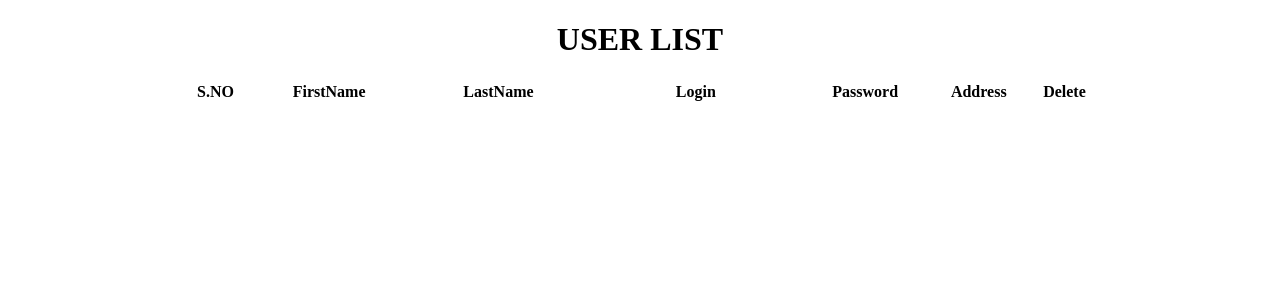
Repository: jatinragh42/Project_3_module
Page: http://localhost/p3/UserListView.jsp
These files come from the project's save history. The page is drawn as it stood at one moment and after the next save; the edit follows.
The browser window is 1280 px wide. The pictures show the whole page.
The page is served by Tomcat 9. Other server files are loaded and not shown.

Above is the page before, as saved 2023-11-29 10:01:19.

### Project_3_module_practice/p3/src/main/webapp/UserListView.jsp
<%@ page language="java" contentType="text/html; charset=ISO-8859-1"
	pageEncoding="ISO-8859-1"%>
<!DOCTYPE html>
<html>
<head>
<meta charset="ISO-8859-1">
<title>Insert title here</title>
</head>
<body>
	<form action="UserListCtl">
		<h1 align="center">USER LIST</h1>

		<div align="center"  "margin-bottom: 20px" class="table-responsive">
			<table class="table table-bordered">
				<thead>
					<tr style="background-color: sky-blue;">
						<th width="5%" class="text">S.NO</th>
						<th width="15%" class="text">FirstName</th>
						<th width="15%" class="text">LastName</th>
						<th width="20%" class="text">Login</th>
						<th width="10%" class="text">Password</th>
						<th width="10%" class="text">Address</th>
						<th width="5%" class="text">Delete</th>
					</tr>
			</table>


		</div>

	</form>
</body>
</html>

After the next save:
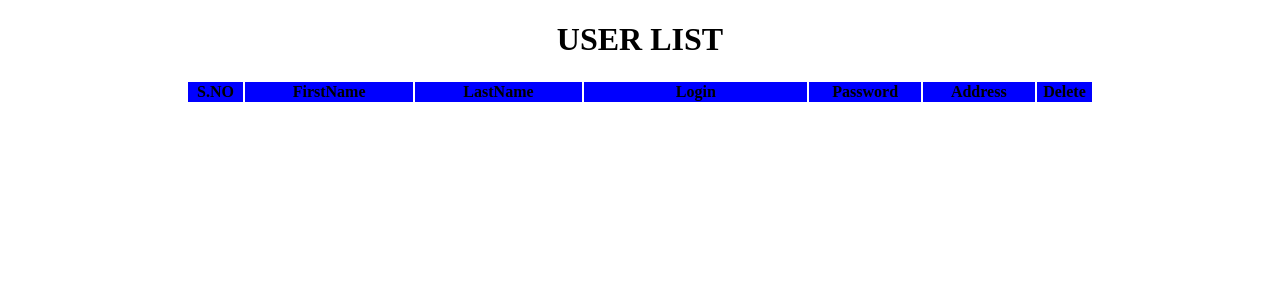
Saved 21 s later.
--- a/Project_3_module_practice/p3/src/main/webapp/UserListView.jsp
+++ b/Project_3_module_practice/p3/src/main/webapp/UserListView.jsp
@@ -13,7 +13,7 @@
 		<div align="center"  "margin-bottom: 20px" class="table-responsive">
 			<table class="table table-bordered">
 				<thead>
-					<tr style="background-color: sky-blue;">
+					<tr style="background-color: blue;">
 						<th width="5%" class="text">S.NO</th>
 						<th width="15%" class="text">FirstName</th>
 						<th width="15%" class="text">LastName</th>
